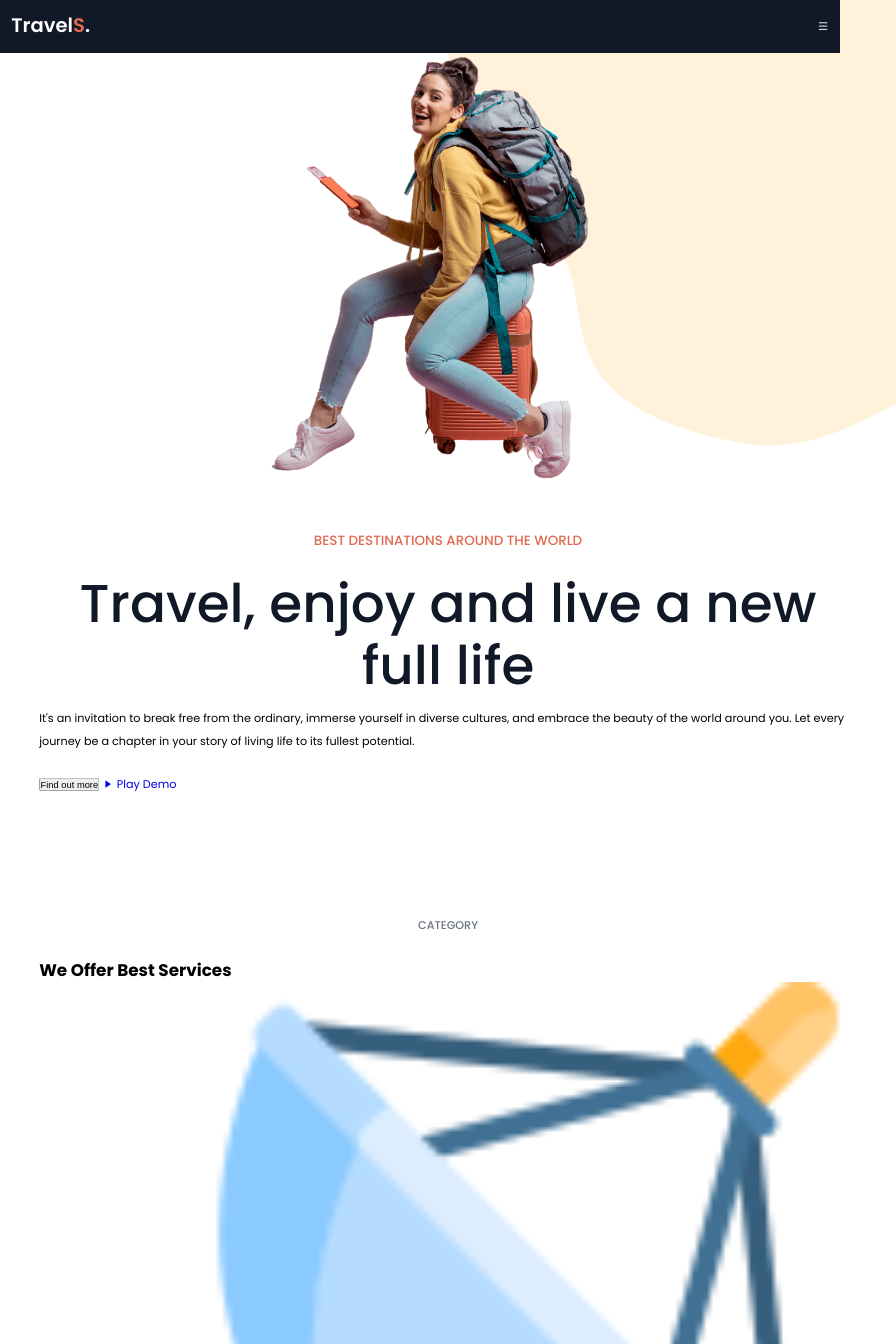
Repository: ntandomagana/travel-website
Page: index.html
An editor plug-in stored every save of this project. The page is shown before and after a run of saves, followed by the edit.
The browser window is 1280 px wide. The pictures show the part of the page from y = 0 to 1920 px (the page is 11254 px tall), at 70% of full size.

Above is the page before, as saved 2024-05-07 09:34:55.

### index.html
<!DOCTYPE html>
<html lang="en">
  <head>
    <meta charset="UTF-8" />
    <meta name="viewport" content="width=device-width, initial-scale=1.0" />
    <link
      href="https://cdn.jsdelivr.net/npm/remixicon@4.2.0/fonts/remixicon.css"
      rel="stylesheet"
    />
    <link
      rel="stylesheet"
      href="https://cdn.jsdelivr.net/npm/swiper@11/swiper-bundle.min.css"
    />
    <link rel="stylesheet" href="style.css" />
    <title>Travel Website</title>
  </head>
  <body>
    <nav>
      <div class="nav-header">
        <div class="logo">
          <a href="#" class="logo">Travel<span>S</span>.</a>
        </div>
        <div class="nav-menu-btn" id="menu-btn">
          <i class="ri-menu-line"></i>
        </div>
      </div>

      <ul class="nav-links" id="nav-links">
        <li><a href="#home">Home</a></li>
        <li><a href="#service">Services</a></li>
        <li><a href="#destination">Destinations</a></li>
        <li><a href="#trips">Trips</a></li>
        <li><a href="#client">Clients</a></li>
      </ul>
    </nav>

    <header class="section-container header-container" id="home">
      <div class="header-image">
        <img src="assets/header.png" alt="header" />
      </div>
      <div class="header-content">
        <h3 class="section-subheader">BEST DESTINATIONS AROUND THE WORLD</h3>
        <h1>Travel, enjoy and live a new full life</h1>
        <p>
          It's an invitation to break free from the ordinary, immerse yourself
          in diverse cultures, and embrace the beauty of the world around you.
          Let every journey be a chapter in your story of living life to its
          fullest potential.
        </p>
        <div class="header-btns">
          <button class="btn">Find out more</button>
          <a href="#">
            <span><i class="ri-play-fill"></i></span>
            Play Demo
          </a>
        </div>
      </div>
    </header>

    <section class="section-container service-container" id="service">
      <h3 class="section-subheader">CATEGORY</h3>
      <h2 class="section-header">We Offer Best Services</h2>
      <div class="service-grid">
        <div class="service-card">
          <img src="assets/weather.png" alt="service" />
          <h4>Calculated Weather</h4>
          <p>
            Stay ahead of your travels with precise weather forecasts tailored
            to your destination's conditions.
          </p>
        </div>
        <div class="service-card">
          <img src="assets/customisation.png" alt="service" />
          <h4>Customizations</h4>
          <p>
            Tailor your journey with personalized customizations, ensuring every
            detail reflects your unique travel style.
          </p>
        </div>
      </div>
    </section>

    <section class="section-container destination-container" id="destination">
      <h3 class="section-subheader">TOP SELLING</h3>
      <h2 class="section-header">Top Destinations</h2>
      <div class="destination-grid">
        <div class="destination-card">
          <img src="assets/destination-1.jpg" alt="destination" />
          <div class="destination-details">
            <div>
              <h4>Rome, Italy</h4>
              <h4>$5.42k</h4>
            </div>
            <p>
              <span><i class="ri-navigation-fill"></i></span>
              10 days trip
            </p>
          </div>
        </div>
        <div class="destination-card">
          <img src="assets/destination-3.jpg" alt="destination" />
          <div class="destination-details">
            <div>
              <h4>Full Europe</h4>
              <h4>$15k</h4>
            </div>
            <p>
              <span><i class="ri-navigation-fill"></i></span>
              28 Days Trip
            </p>
          </div>
        </div>
      </div>
    </section>

    <section class="section-container trip-container" id="trip">
      <div class="trip-image">
        <img src="assets/trip.png" />
      </div>
      <div class="trip-content">
        <h3 class="section-subheader">EASY & FAST</h3>
        <h2 class="section-header">Book Your Next Trip in 3 Easy Steps</h2>
        <ul class="trip-list">
          <li>
            <span><i class="ri-signpost-line"></i></span>
            <div>
              <h4>Choose Destination</h4>
              <p>
                Choose your dream destination from our curated selection of
                exotic locales, bustling cities, and serene getaways.
              </p>
            </div>
          </li>

          <li>
            <span><i class="ri-secure-payment-line"></i></span>
            <div>
              <h4>Reach Airport on Selected Date</h4>
              <p>
                Prepare for takeoff as you finalize your travel plans, arriving
                at the airport on your selected date ready to embark on your
                next unforgettable journey.
              </p>
            </div>
          </li>
        </ul>
      </div>
    </section>

    <section class="section-container clinet-container" id="client">
      <div class="client-content">
        <h3 class="section-subheader">TESTIMONIALS</h3>
        <h2 class="section-header">What People Say About Us</h2>
      </div>
      <div class="client-swiper">
        <!--Slider main container-->
        <div class="swiper">
          <!--Additional required wrapper-->
          <div class="swiper-wrapper">
            <!--Slides-->
            <div class="swiper-slide">
              <div class="client-card">
                <img src="assets/client-1.jpg" alt="client" />
                <div class="client-card-content">
                  <p>
                    Booking my trips through this platform has been a
                    game-changer! From the intuitive interface to the seamless
                    booking process, I've never felt more excited to explore new
                    destinations.
                  </p>
                  <h4>Emily Watson</h4>
                  <h5>Travel Enthusiast</h5>
                </div>
              </div>
            </div>
            <div class="swiper-slide">
              <div class="client-card">
                <img src="assets/client-2.jpg" alt="client" />
                <div class="client-card-content">
                  <p>
                    As a busy professional, time is of the essence. This website
                    made planning my vacation a breeze, allowing me to focus on
                    what matters most: making memories with my family.
                  </p>
                  <h4>David Nguyen</h4>
                  <h5>Business Executive</h5>
                </div>
              </div>
            </div>

            <div class="swiper-slide">
              <div class="client-card">
                <img src="assets/client-3.jpg" alt="client" />
                <div class="client-card-content">
                  <p>
                    I've been using this service for years, and it never
                    disappoints. The convenience of booking my flights,
                    accommodations, and activities all in one place saves me
                    time and stress every trip.
                  </p>
                  <h4>Michael Johnson</h4>
                  <h5>Frequent Flyer</h5>
                </div>
              </div>
            </div>
          </div>
        </div>
      </div>
    </section>

    <footer class="footer">
      <div class="section-container footer-container">
        <div class="footer-col">
          <div class="footer-logo">
            <a href="#" class="logo">Travel<span>S</span>.</a>
          </div>
          <p>
            Our platform is your passport to seamless adventures, offering a
            curated selection of destinations and a user-friendly booking
            experience.
          </p>
        </div>
        <div class="footer-col">
            <h4>Company</h4>
            <ul class="footer-links">
                <li><a href="#">About</a></li>
                <li><a href="#">Careers</a></li>
                <li><a href="#">Mobile</a></li>
            </ul>
        </div>
        <div class="footer-col">
          <h4>Contact</h4>
          <ul class="footer-links">
            <li><a href="#">Help/FAQ</a></li>
            <li><a href="#">Press</a></li>
            <li><a href="#">Affiliates</a></li>
          </ul>
        </div>
        <div class="footer-col">
          <ul class="footer-socials">
            <li>
              <a href="#"><i class="ri-facebook-fill"></i></a>
            </li>
            <li>
              <a href="#"><i class="ri-instagram-line"></i></a>
            </li>
            <li>
              <a href="#"><i class="ri-twitter-fill"></i></a>
            </li>
          </ul>
          <h5>Discover our app</h5>
          <div class="footer-discover">
            <a href="#"><img src="assets/google-play.jpg" alt="discover" /></a>
            <a href="#"><img src="assets/app-store.jpg" alt="discover" /></a>
          </div>
        </div>
      </div>
      <div class="footer-bar">
        Copyright © 2024 TravelS. All rights reserved.
      </div>
    </footer>

    <script src="https://unpkg.com/scrollreveal"></script>
    <script src="https://cdn.jsdelivr.net/npm/swiper@11/swiper-bundle.min.js"></script>
    <script src="main.js"></script>

      </div>

    </footer>
  </body>
</html>

### style.css
@import url("https://fonts.googleapis.com/css2?family=Poppins:ital,wght@0,100;0,200;0,300;0,400;0,500;0,600;0,700;0,800;0,900;1,100;1,200;1,300;1,400;1,500;1,600;1,700;1,800;1,900&display=swap");

:root {
  --primary-color: #e06951;
  --text-dark: #111827;
  --text-light: #6b7280;
  --white: #ffffff;
  --max-width: 1200px;
}

* {
  padding: 0;
  margin: 0;
  box-sizing: border-box;
}

html,
body {
    scroll-behavior: smooth;
}

body {
    font-family: "Poppins", sans-serif;
    background-image: url(assets/header-bg.png);
    background-size: contain;
    background-position: top center;
    background-repeat: no-repeat;
}

nav {
    position: fixed;
    isolation: isolate;
    width: 100%;
    max-width: var(--max-width);
    margin-inline: auto;
    z-index: 9;
}

.nav-header {
    padding: 1rem;
    width: 100%;
    display: flex;
    align-items: center;
    justify-content: space-between;
    background-color: var(--text-dark);
}

.nav-header .logo  {
    color: var(--white);
}

.nav-menu-btn {
    font-size: 1rem;
    color: var(--white);
    cursor: pointer;
}

.nav-links {
    position: absolute;
    top: 65px;
    left: 0;
    width: 100%;
    list-style: none;
    display: flex;
    align-items: center;
    justify-content: center;
    flex-direction: column;
    gap: 2rem;
    padding: 2rem;
    background-color: var(--text-dark);
    transition: 0.5s;
    z-index: -1;
    transform: translateY(-100%);
}

.nav-links.open {
    transform: translateY(0);
}

.nav-links a {
    font-weight: 500;
    white-space: nowrap;
    color: var(--white);
}

.nav-links a:hover {
    color: var(--primary-color);
}


.section-container {
  max-width: var(--max-width);
  margin: auto;
  padding: 5rem 1rem;
}

.section-subheader {
  margin-bottom: 1rem;
  font-size: 1rem;
  font-weight: 500;
  line-height: 3.75rem;
  color: var(--text-light);
  text-align: center;
}

.logo {
  font-size: 1.75rem;
  font-weight: 600;
  color: var(--text-dark);
}

.logo span {
  color: var(--primary-color);
}

img {
  display: flex;
  width: 100%;
}

a {
    text-decoration: none;
    transition: 0.4s;
}

ul {
    list-style: none;
}

.header-container {
    display: grid;
    gap: 2rem;
    overflow: hidden;
}

.header-image img {
    max-width: 550px;
    margin-inline: auto;
}

.header-content .section-subheader {
    font-size: 1.2rem;
    color: var(--primary-color);
}

.header-content h1 {
    margin-bottom: 1rem;
    font-size: 4.75rem;
    font-weight: 500;
    line-height: 5.5rem;
    color: var(--text-dark);
    text-align: center;
}

.header-content p {
    margin-bottom: 2rem;
    line-height: 2rem;
}

Loaded but not shown: main.js (no copy from this time; the picture is the same without it)

After the next 4 saves:
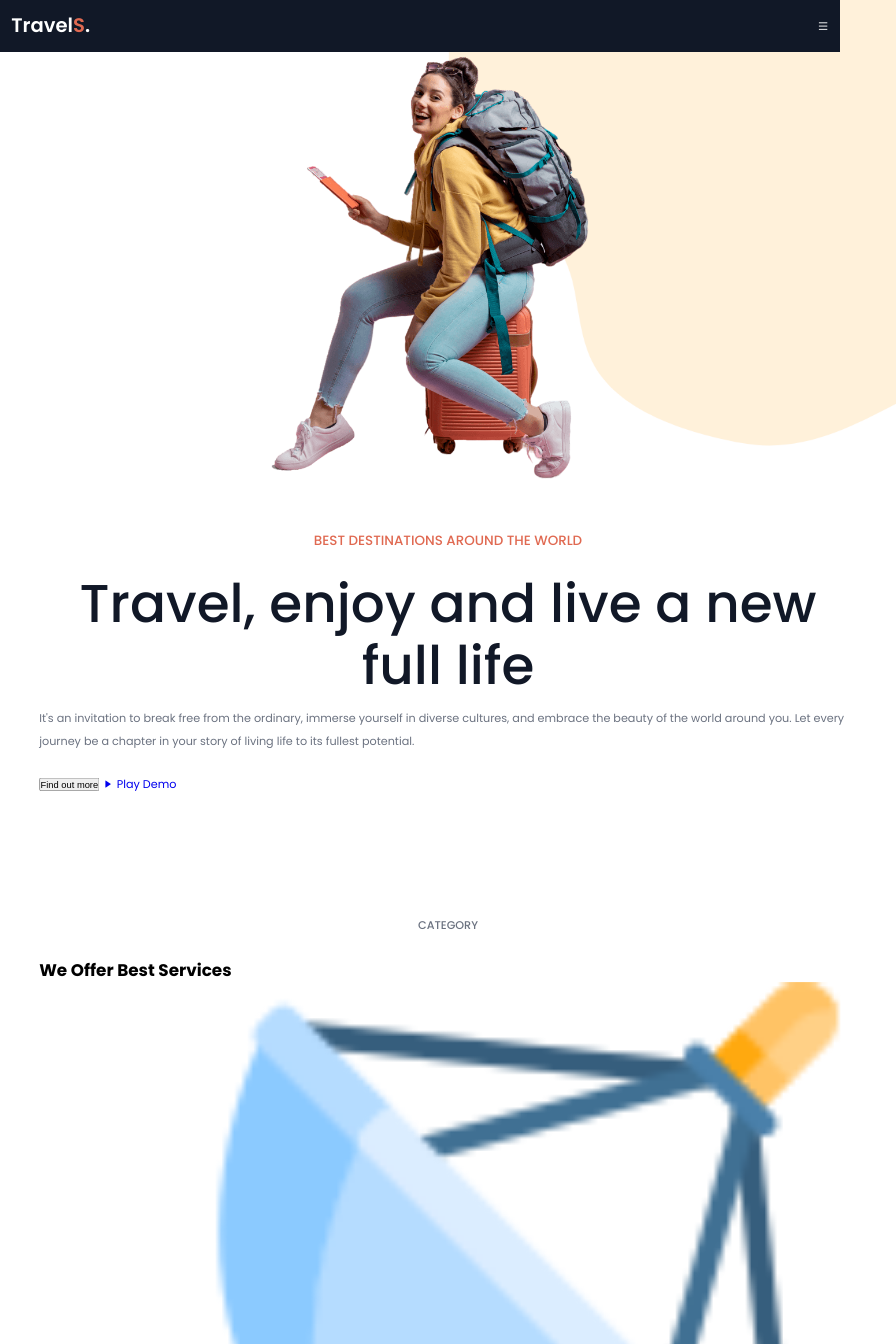
The 4 saves are shown as one change because they came seconds apart.
The last was saved 17 s later.
--- a/style.css
+++ b/style.css
@@ -155,4 +155,5 @@ ul {
 .header-content p {
     margin-bottom: 2rem;
     line-height: 2rem;
+    color: var(--text-light);
 }
